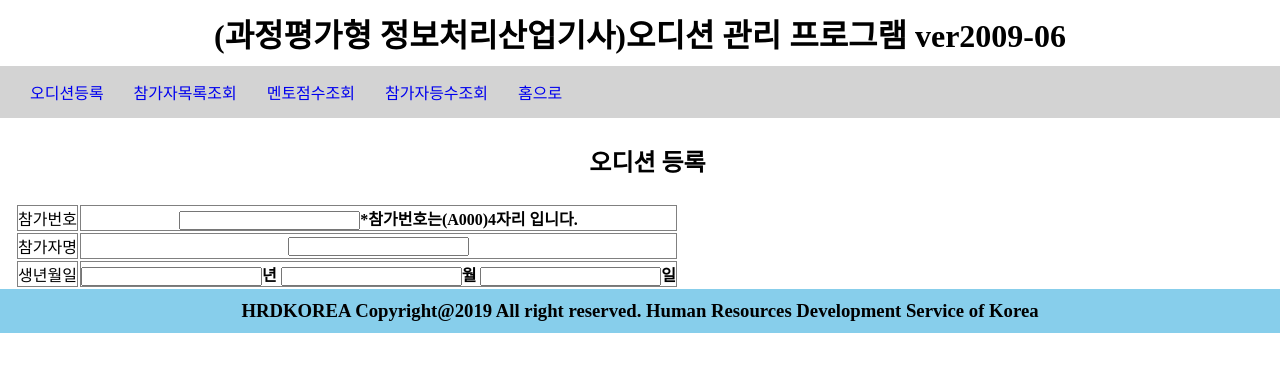
Repository: chyun94/JSP-
Page: http://localhost/Kingdom/insert.jsp
An editor plug-in stored every save of this project. The page is shown before and after the next save, followed by the edit.
The browser window is 1280 px wide. The pictures show the whole page.
The page is served by Tomcat 9. Other server files are loaded and not shown.

Above is the page before, as saved 2021-05-09 12:27:27.

### Kingdom/WebContent/insert.jsp
<%@ page language="java" contentType="text/html; charset=UTF-8"
    pageEncoding="UTF-8"%>
<!DOCTYPE html>
<html>
<head>
<meta charset="UTF-8">
<title>Insert title here</title>
<style>
*{margin: 0%;padding: 0%}

.header ul,li,a{
list-style: none;
text-decoration: none;
float: left;
padding-left: 15px;
padding-bottom: 0 20px;
text-align: center;
}
.nav{
padding: 14px 0px; overflow: hidden;
background-color: lightgray;
}
.subject table{

width: 600px;
margin: 0 auto;
}
.subject table,th,td{
border: 1px solid gray;

}

.footer{
text-align: center; background: skyblue; padding: 11px;
}
</style>
</head>
<body>
<div>
	<header>
		<h1 style="text-align: center; padding: 10px">(과정평가형 정보처리산업기사)오디션 관리 프로그램 ver2009-06</h1>
		<nav class="nav">
		<ul>
			<li><a href="insert.jsp">오디션등록</a></li>
			<li><a href="list.jsp">참가자목록조회</a></li>
			<li><a href="mentolist.jsp">멘토점수조회</a></li>
			<li><a href="ranking.jsp">참가자등수조회</a></li>
			<li><a href="index.jsp">홈으로</a></li>
		</ul>
		</nav>
	</header>
</div>

<div style="padding-left: 15px;">
	<section>
		<h2 style="text-align: center; padding: 25px;">오디션 등록</h2>
		<form action="insert_pro.jsp" method="post" name="frm">

		<table class="subject">
			<tr>
				<td>참가번호</td>
				<th>
					<input type="text"maxlength="4">*참가번호는(A000)4자리 입니다.
				</th>
			</tr>
			<tr>
				<td>참가자명</td>
				<th>
					<input type="text">
				</th>
			</tr>
			<tr>
				<td>생년월일</td>
				<th>
					<input type="text">년
					<input type="text">월
					<input type="text">일
				</th>
			</tr>

		</table>
		</form>
	</section>
</div>

<div>
	<footer>
		<div class="footer">
			<h3 style="text-align: center;">
			HRDKOREA Copyright@2019 All right reserved. Human Resources Development Service of Korea
			</h3>
		</div>
	</footer>
</div>
</body>
</html>

After the next save:
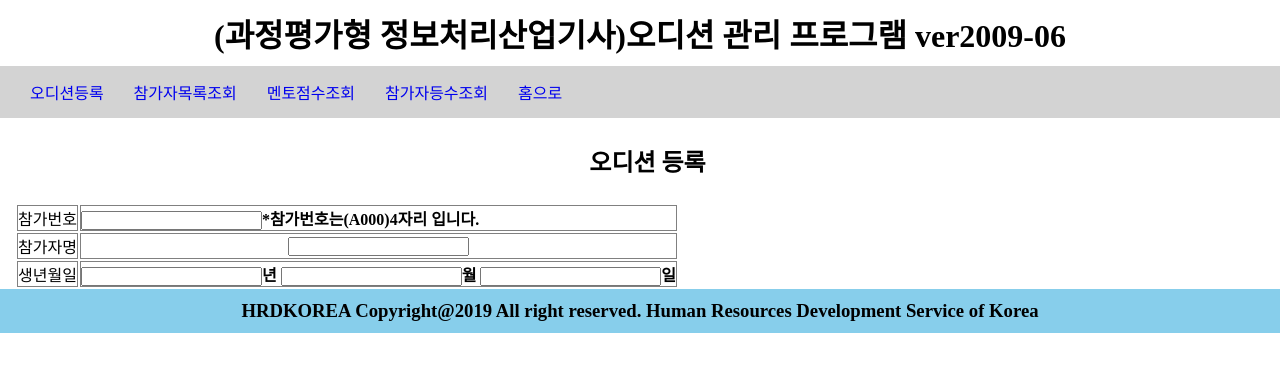
Saved 37 s later.
--- a/Kingdom/WebContent/insert.jsp
+++ b/Kingdom/WebContent/insert.jsp
@@ -59,7 +59,7 @@ text-align: center; background: skyblue; padding: 11px;
 		<table class="subject">
 			<tr>
 				<td>참가번호</td>
-				<th>
+				<th style="text-align: left;">
 					<input type="text"maxlength="4">*참가번호는(A000)4자리 입니다.
 				</th>
 			</tr>
